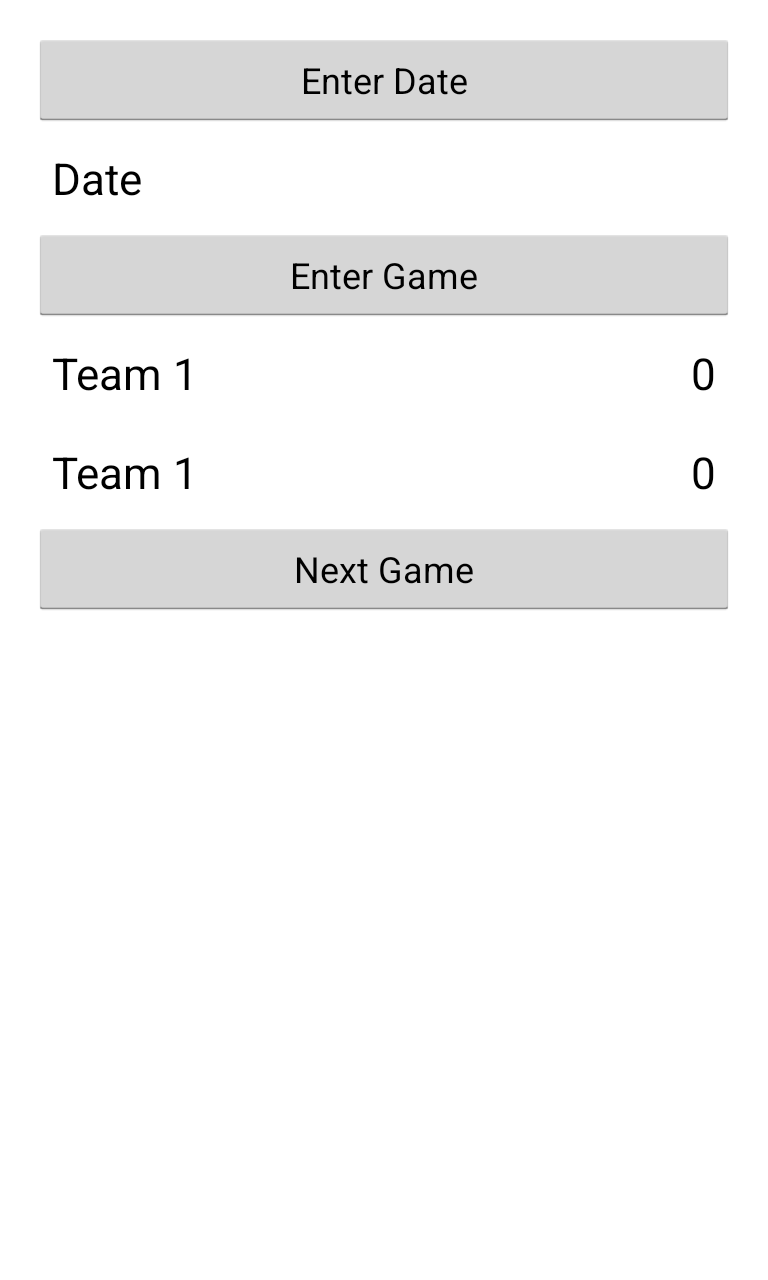
Repository: shervinshaikh/Android
Layout: NBAScoreTracker/res/layout/activity_sport_scores.xml
An editor plug-in stored every save of this project. The layout is shown before and after the next save, followed by the edit.
It is drawn on a 768 x 1280 px phone screen (xhdpi) without system bars, with theme AppTheme; the app's code is not run.

Above is the layout before, as saved 2013-04-27 18:49:12.

### NBAScoreTracker/res/layout/activity_sport_scores.xml
<LinearLayout
	xmlns:android="http://schemas.android.com/apk/res/android"
    xmlns:tools="http://schemas.android.com/tools"
    android:layout_width="match_parent"
    android:layout_height="match_parent"
    android:paddingBottom="@dimen/activity_vertical_margin"
    android:paddingLeft="@dimen/activity_horizontal_margin"
    android:paddingRight="@dimen/activity_horizontal_margin"
    android:paddingTop="@dimen/activity_vertical_margin"
    tools:context=".SportScores"
    android:screenOrientation="portrait"
    android:orientation="vertical"
    >

    <Button
        android:id="@+id/enter_date_button"
        android:layout_width="fill_parent"
        android:layout_height="wrap_content"
        android:text="@string/enter_date"
        />

    <TextView
        android:id="@+id/textView1"
        android:layout_width="wrap_content"
        android:layout_height="wrap_content"
        android:text="@string/date"
        android:textAppearance="?android:attr/textAppearanceLarge"
        android:padding="10dip" />

    <Button
        android:id="@+id/enter_game_button"
        android:layout_width="fill_parent"
        android:layout_height="wrap_content"
        android:text="@string/enter_game"
        />

    <RelativeLayout
        android:layout_width="match_parent"
        android:layout_height="wrap_content" >

        <TextView
            android:id="@+id/textView2"
            android:layout_width="wrap_content"
            android:layout_height="wrap_content"
            android:text="@string/team1"
            android:textAppearance="?android:attr/textAppearanceLarge"
            android:gravity="left"
            android:padding="10dip" />

        <TextView
            android:id="@+id/textView4"
            android:layout_width="wrap_content"
            android:layout_height="wrap_content"
            android:gravity="right"
            android:text="@string/zero"
            android:textAppearance="?android:attr/textAppearanceLarge"
            android:layout_alignParentRight="true"
        	android:layout_alignParentTop="true"
        	android:padding="10dip" />

    </RelativeLayout>

    <RelativeLayout
        android:layout_width="match_parent"
        android:layout_height="wrap_content" >

        <TextView
            android:id="@+id/textView3"
            android:layout_width="wrap_content"
            android:layout_height="wrap_content"
            android:text="@string/team1"
            android:textAppearance="?android:attr/textAppearanceLarge"
            android:padding="10dip" />

        <TextView
            android:id="@+id/textView5"
            android:layout_width="wrap_content"
            android:layout_height="wrap_content"
            android:text="@string/zero"
            android:textAppearance="?android:attr/textAppearanceLarge"
            android:layout_alignParentRight="true"
        	android:layout_alignParentTop="true"
        	android:padding="10dip" />

    </RelativeLayout>

    <Button
        android:id="@+id/next_game_button"
        android:layout_width="fill_parent"
        android:layout_height="wrap_content"
        android:text="@string/next_game"
        android:layout_gravity="bottom" />

</LinearLayout>

### NBAScoreTracker/res/values/strings.xml
<?xml version="1.0" encoding="utf-8"?>
<resources>

    <string name="app_name">NBAScoreTracker</string>
    <string name="action_settings">Settings</string>
    <string name="hello_world">Hello world!</string>

    <string name="enter_date">Enter Date</string>
    <string name="enter_game">Enter Game</string>
    <string name="next_game">Next Game</string>

    <string name="date">Date</string>
    <string name="team1">Team 1</string>
    <string name="team2">Team 2</string>
    <string name="zero">0</string>

</resources>

Loaded but not shown: NBAScoreTracker/res/values/styles.xml (common file); NBAScoreTracker/res/values-v11/styles.xml (common file); NBAScoreTracker/res/values-v14/styles.xml (common file); NBAScoreTracker/res/values/dimens.xml (common file)

After the next save:
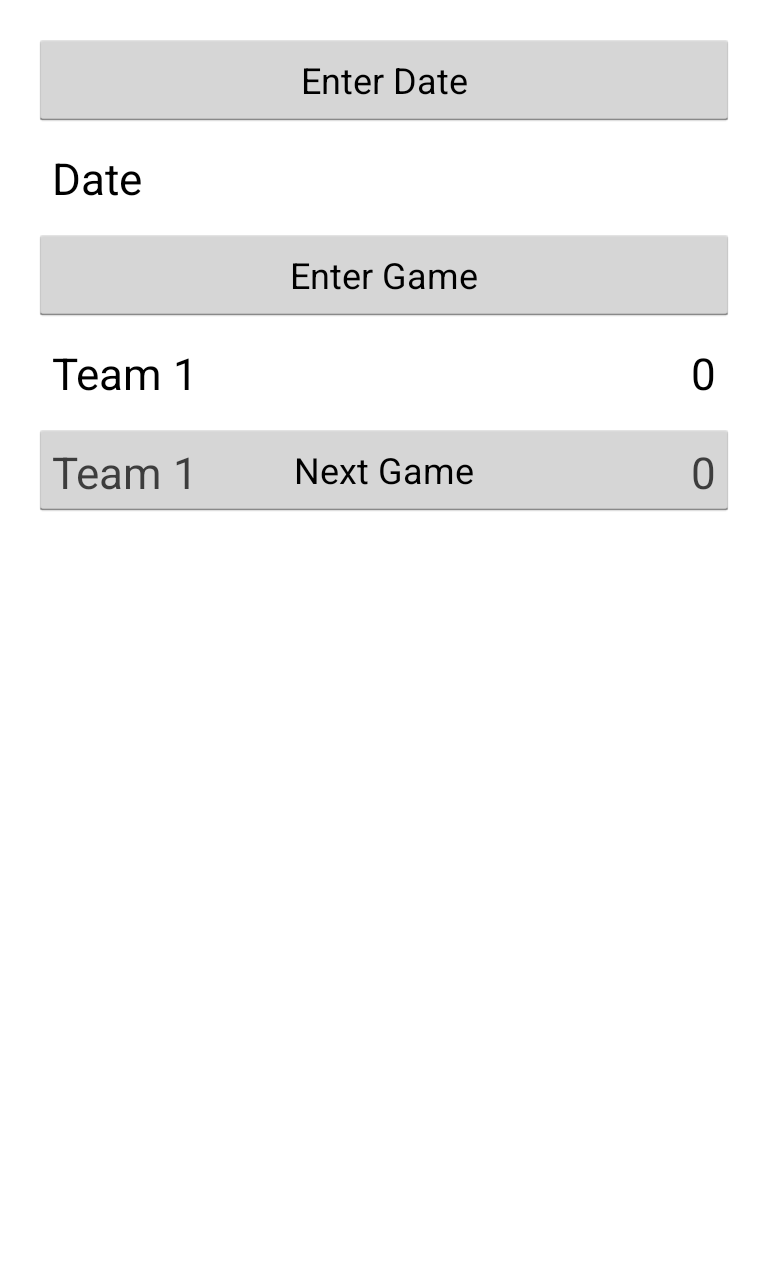
Saved 32 s later.
--- a/NBAScoreTracker/res/layout/activity_sport_scores.xml
+++ b/NBAScoreTracker/res/layout/activity_sport_scores.xml
@@ -82,13 +82,13 @@
         	android:layout_alignParentTop="true"
         	android:padding="10dip" />
 
-    </RelativeLayout>
+
 
     <Button
         android:id="@+id/next_game_button"
         android:layout_width="fill_parent"
         android:layout_height="wrap_content"
-        android:text="@string/next_game"
-        android:layout_gravity="bottom" />
+        android:text="@string/next_game" />
+    </RelativeLayout>
 
 </LinearLayout>
